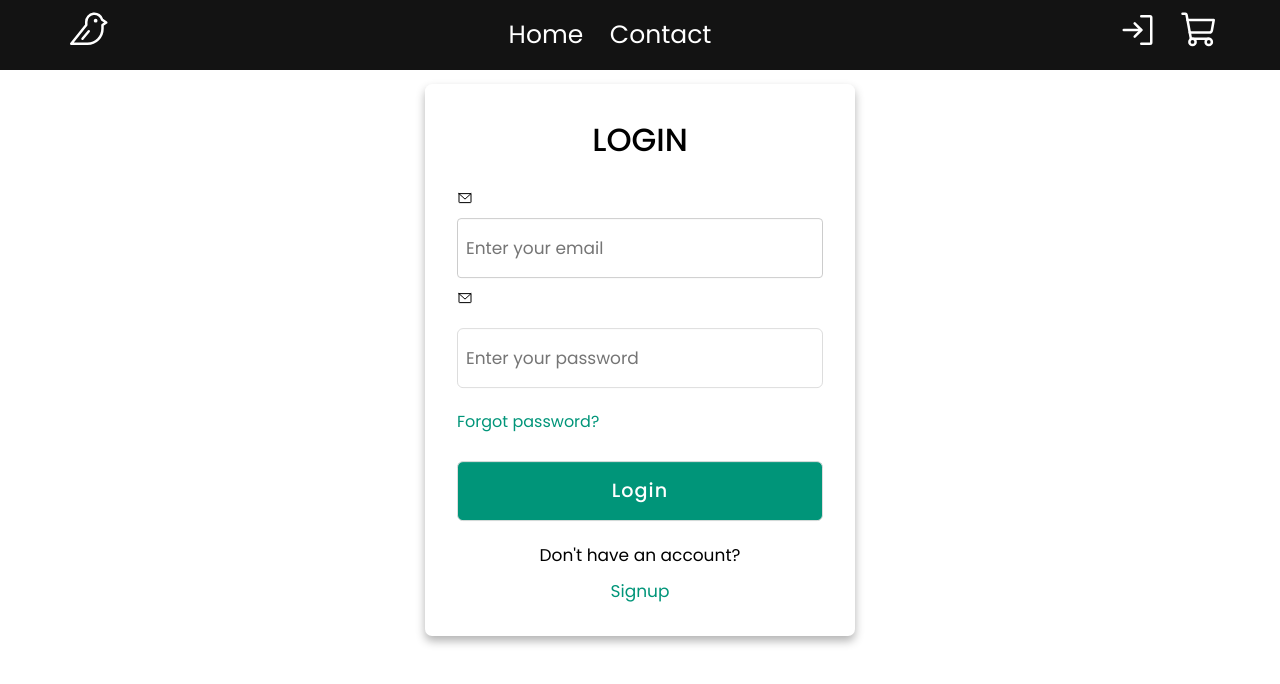
Repository: hoangdanh2/swp301
Page: /register
An editor plug-in stored every save of this project. The page is shown before and after the next save, followed by the edit.
The browser window is 1280 px wide. The pictures show the whole page.
The project was rebuilt for these pictures with package versions that can differ from the ones it lists, and the page was loaded fresh each time. Also part of the build but not shown: src/pages/shop/product.jsx, src/pages/shop/shop.css, src/pages/shop/shop.jsx, src/pages/contact/contact.jsx, src/pages/cart/cart-item.jsx, src/pages/cart/cart.css, src/pages/cart/cart.jsx.

Above is the page before, as saved 2023-05-29 10:58:07.

### src/App.js
import './App.css';
import { BrowserRouter as Router, Routes, Route } from "react-router-dom";
import { Navbar } from "./components/navbar";
import { Register } from "./pages/register/register";
import { Shop } from "./pages/shop/shop";
import { Contact } from "./pages/contact/contact";
import { Cart } from "./pages/cart/cart";
import { ShopContextProvider } from './context/shop-context';


function App() {
  return (
    <div className = "App">
      <ShopContextProvider>
        <Router>
          <Navbar />
          <Routes>
            <Route path = "/register" element = {<Register />} />
            <Route path = "/" element = {<Shop />} />
            <Route path = "/contact" element = {<Contact />} />
            <Route path = "/cart" element = {<Cart />} />
          </Routes>
        </Router>
      </ShopContextProvider>
    </div>
  );
}

export default App;

### src/App.css
.App {
  width: 100%;
  height: auto;
  min-height: 100vh;
  font-family: 'Segoe UI', Tahoma, Geneva, Verdana, sans-serif;
}

body {
  padding: 0;
  margin: 0;
}

### src/components/navbar.jsx
import React from "react";
import { Link } from "react-router-dom";
import { ShoppingCart, Bird, SignIn } from "phosphor-react";
import "./navbar.css";

export const Navbar = () => {
  return (
    <div className="navbar">
      <div className="links">
        <div className="icon">
          <Link to="/">
            <Bird size={40} />
          </Link>
        </div>
        <div className="middle">
          <Link to="/"> Home </Link>
          <Link to="/contact"> Contact</Link>
        </div>
        <div className="end">
            <Link to="/register">
                <SignIn size={40}/>
            </Link>
          <Link to="/cart">
            <ShoppingCart size={40} />
          </Link>
        </div>
      </div>
    </div>
  );
};

### src/pages/register/register.jsx
import React from "react";
import { EnvelopeSimple } from "phosphor-react";
import "./register.css";

export const Register = () => {
  return (
    <div className="container">
    <input type="checkbox" id="check"></input>
    <div className="login form">
      <header>LOGIN</header>
      <form action="#">
        <span className="icon-login"><EnvelopeSimple></EnvelopeSimple></span>
        <input type="text" placeholder="Enter your email" required></input>
        <span className="icon-login"><EnvelopeSimple></EnvelopeSimple></span>
        <input type="password" placeholder="Enter your password" required></input>
        <a href="#">Forgot password?</a>
        <input type="button" className="button" value="Login"></input>
      </form>
      <div className="signup">
        <span className="signup">Don't have an account?
         <label for="check">Signup</label>
        </span>
      </div>
    </div>
    <div className="registration form">
      <header>SIGNUP</header>
      <form action="#">
      <span className="icon-login"><EnvelopeSimple></EnvelopeSimple></span>
        <input type="text" placeholder="Enter your email" required></input>
        <span className="icon-login"><EnvelopeSimple></EnvelopeSimple></span>
        <input type="password" placeholder="Create a password" required></input>
        <span className="icon-login"><EnvelopeSimple></EnvelopeSimple></span>
        <input type="password" placeholder="Confirm your password" required></input>
        <input type="button" className="button" value="Signup" required></input>
      </form>
      <div className="signup">
        <span className="signup">Already have an account?
         <label for="check">Login</label>
        </span>
      </div>
    </div>
  </div>
  );
};

### src/context/shop-context.jsx
import { createContext, useEffect, useState } from "react";
import { PRODUCTS } from "../products";

export const ShopContext = createContext(null);

const getDefaultCart = () => {
    let cart = {};
    for (let i = 1; i < PRODUCTS.length + 1; i++) {
        cart[i] = 0;
    }
    return cart;
}

export const ShopContextProvider = (props) => {
    const [cartItems, setCartItems] = useState(getDefaultCart());

    const getTotalCartAmount = () => {
        let totalAmount = 0;
        for (const item in cartItems) {
            if (cartItems[item] > 0) {
                let itemInfo = PRODUCTS.find((product) => product.id === Number(item));
                totalAmount += cartItems[item] *itemInfo.price;
            }
        }
        return totalAmount;
    };

    const addToCart = (itemId) => {
        setCartItems((prev) => ({ ...prev, [itemId]: prev[itemId] + 1}));
    };

    const removeFromCart = (itemId) => {
        setCartItems((prev) => ({ ...prev, [itemId]: prev[itemId] - 1}));
    };

    const updateCartItemCount = (newAmount, itemId) => {
        setCartItems((prev) => ({ ...prev, [itemId]: newAmount }));
    };

    const checkout = () => {
        setCartItems(getDefaultCart());
    };

    const contextValue = {
        cartItems,
        addToCart,
        updateCartItemCount,
        removeFromCart,
        getTotalCartAmount,
        checkout,
    };

    return (
        <ShopContext.Provider value={contextValue}>
            {props.children}
        </ShopContext.Provider>
    );
};

### src/components/navbar.css
.navbar {
    width: 100%;
    height: 70px;
    background-color: rgb(19, 19, 19);
    display: flex;
    justify-content: center;
    align-items: center;
}

.links {
    margin-right: 50px;
    display: flex;
    align-items: center;
    justify-content: space-between;
    width: 100%;
}

.icon {
    margin-left: 50px;
}

.end {
    padding: 0 10px;
}

.links a {
    text-decoration: none;
    color: white;
    margin-left: 20px;
    font-size: 25px;
}

### src/pages/register/register.css
/* Import Google font - Poppins */
@import url('https://fonts.googleapis.com/css2?family=Poppins:wght@200;300;400;500;600;700&display=swap');
*{
  margin: 0;
  padding: 0;
  box-sizing: border-box;
  font-family: 'Poppins', sans-serif;
}

.container{
  position: absolute;
  top: 50%;
  left: 50%;
  transform: translate(-50%,-50%);
  max-width: 430px;
  width: 100%;
  background: #fff;
  border-radius: 7px;
  box-shadow: 0 5px 10px rgba(0,0,0,0.3);
}

.container .registration{
  display: none;
}

#check:checked ~ .registration{
  display: block;
}

#check:checked ~ .login{
  display: none;
}

#check{
  display: none;
}

.container .form{
  padding: 2rem;
}

.form header{
  font-size: 2rem;
  font-weight: 500;
  text-align: center;
  margin-bottom: 1.5rem;
}

 .form input{
   height: 60px;
   width: 100%;
   padding: 0 8px;
   font-size: 17px;
   margin-top: 15px;
   margin-bottom: 1.3rem;
   border: 1px solid #ddd;
   border-radius: 6px;
   outline: none;
 }

 .form input:focus{
   box-shadow: 0 1px 0 rgba(0,0,0,0.2);
 }

.form a{
  font-size: 16px;
  color: #009579;
  text-decoration: none;
}

.form a:hover{
  text-decoration: underline;
}

.form input.button{
  color: #fff;
  background: #009579;
  font-size: 1.2rem;
  font-weight: 500;
  letter-spacing: 1px;
  margin-top: 1.7rem;
  cursor: pointer;
  transition: 0.4s;
}

.form input.button:hover{
  background: #006653;
}

.signup{
  font-size: 17px;
  text-align: center;
}

.signup label{
  color: #009579;
  cursor: pointer;
}

.signup label:hover{
  text-decoration: underline;
}
input[type="text"],
input[type="email"],
input[type="message"],
textarea {
    width: 100%;
    padding: 8px;
    border: 1px solid #ccc;
    border-radius: 4px;
    box-sizing: border-box;
    margin-top: 5px;
    margin-bottom: 10px;
}

### src/products.js
import product1 from "./assets/products/1.png";
import product2 from "./assets/products/1.png";
import product3 from "./assets/products/1.png";
import product4 from "./assets/products/1.png";
import product5 from "./assets/products/1.png";
import product6 from "./assets/products/1.png";
import product7 from "./assets/products/1.png";
import product8 from "./assets/products/1.png";

export const PRODUCTS = [
  {
    id: 1,
    productName: "Bird Food",
    price: 999.0,
    productImage: product1,
  },
  {
    id: 2,
    productName: "Bird Food",
    price: 1999.0,
    productImage: product2,
  },
  {
    id: 3,
    productName: "Bird Food",
    price: 699.0,
    productImage: product3,
  },
  {
    id: 4,
    productName: "Bird Food",
    price: 228.0,
    productImage: product4,
  },
  {
    id: 5,
    productName: "Bird Food",
    price: 19.99,
    productImage: product5,
  },
  {
    id: 6,
    productName: "Bird Food",
    price: 68.0,
    productImage: product6,
  },
  {
    id: 7,
    productName: "Bird Food",
    price: 120.0,
    productImage: product7,
  },
  {
    id: 8,
    productName: "Bird Food",
    price: 40.0,
    productImage: product8,
  },
];

### src/pages/contact/contact.css
.contact{
    max-width: 400px;
    margin: 0 auto;
    padding: 20px;
}
.title-contact{
    text-align: center;
}
label{
    display: block;
    margin-top: 10px;
}
.form-contact{

    text-align: center;
}

input[type="text"],
input[type="email"],
input[type="message"],
textarea {
  width: 100%;
  padding: 8px;
  border: 1px solid #ccc;
  border-radius: 4px;
  box-sizing: border-box;
  margin-top: 5px;
  margin-bottom: 10px;
}

input[type="submit"] {
    background-color: #4CAF50;
    color: white;
    padding: 10px 15px;
    border: none;
    border-radius: 4px;
    cursor: pointer;
    font-size: 16px;
  }

  input[type="submit"]:hover {
    background-color: #45a049;
  }

  textarea {
    height: 100px;
  }

Loaded but not shown: public/index.html (common file); src/index.js (common file); src/index.css (common file); src/reportWebVitals.js (common file)

After the next save:
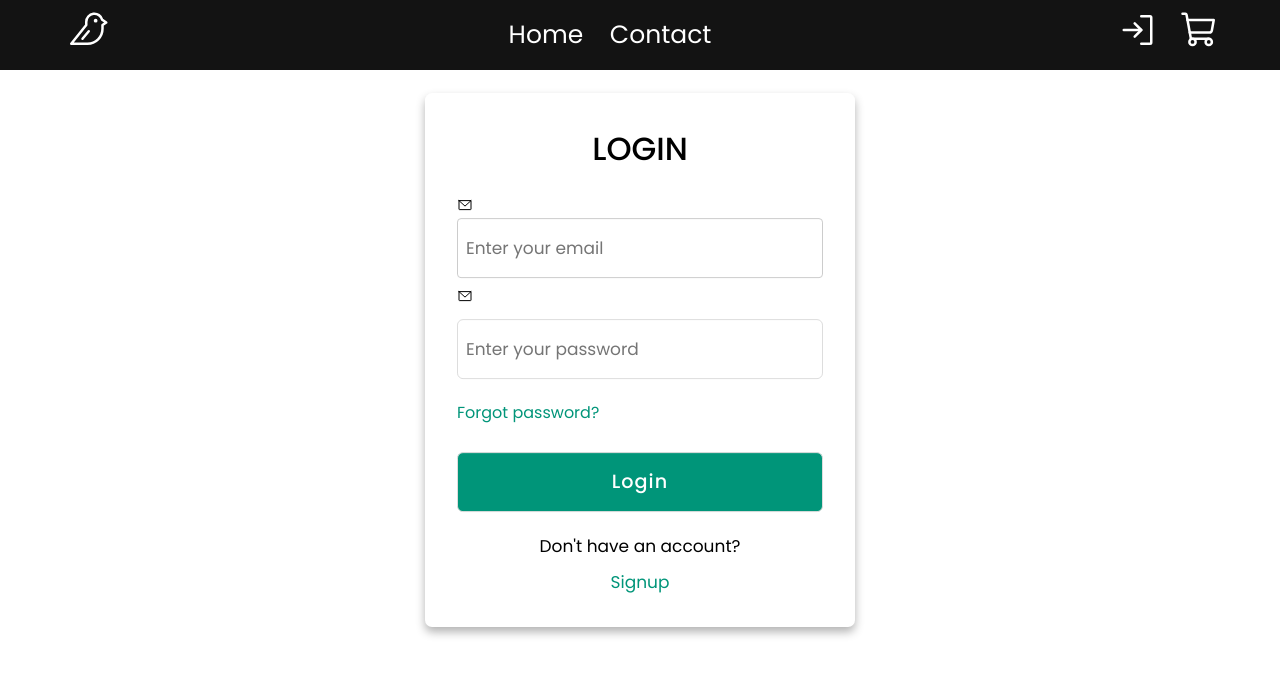
Saved 28 s later.
--- a/src/pages/register/register.css
+++ b/src/pages/register/register.css
@@ -46,6 +46,9 @@
   margin-bottom: 1.5rem;
 }
 
+  .icon-login {
+    display: flex;
+  }
  .form input{
    height: 60px;
    width: 100%;

After the save that followed:
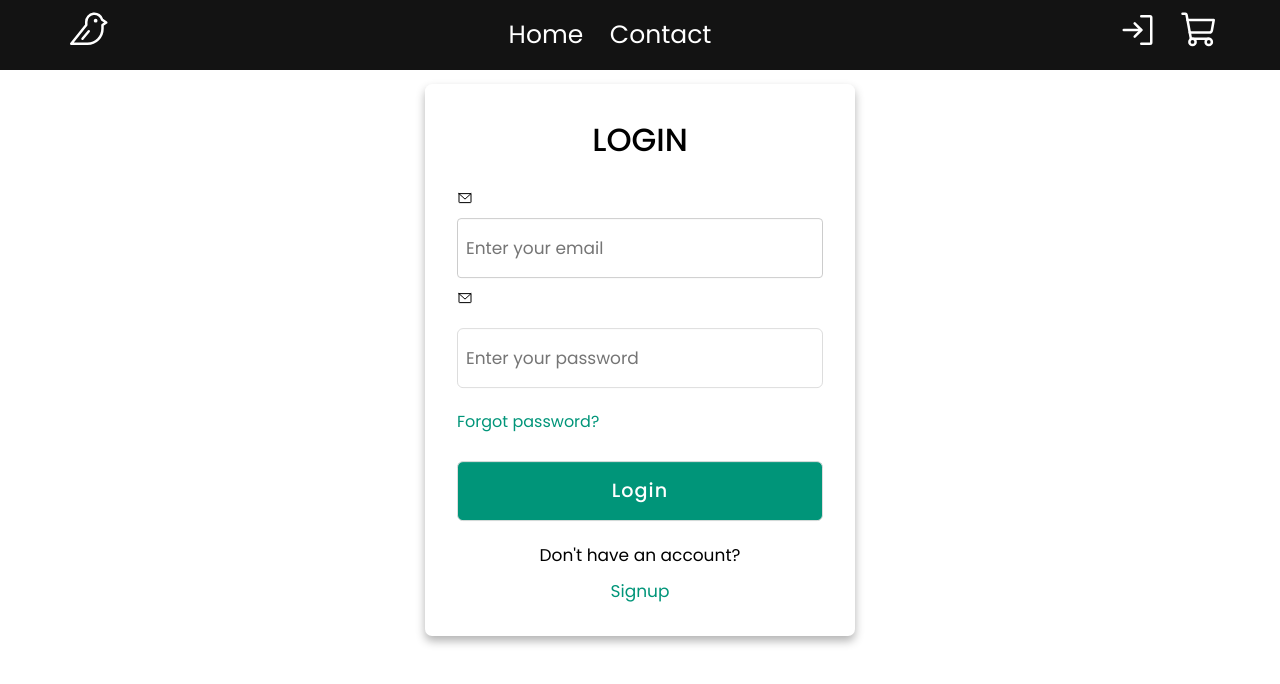
Saved 75 s later.
--- a/src/pages/register/register.css
+++ b/src/pages/register/register.css
@@ -46,9 +46,10 @@
   margin-bottom: 1.5rem;
 }
 
-  .icon-login {
-    display: flex;
-  }
+.login-form {
+  display: flex;
+}
+
  .form input{
    height: 60px;
    width: 100%;
